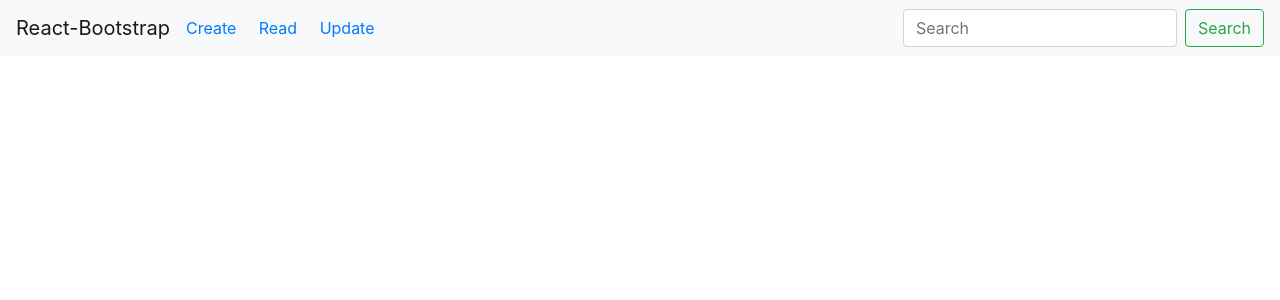
Repository: lalji-yadav/Register-Login-and-CRUD-using-token-and-Without-token-based
Page: /navbar
An editor plug-in stored every save of this project. The page is shown before and after the next save, followed by the edit.
The browser window is 1280 px wide. The pictures show the whole page.
The project was rebuilt for these pictures with package versions that can differ from the ones it lists, and the page was loaded fresh each time. Also part of the build but not shown: src/App.css, src/auth/login.js, src/auth/register.js, src/components/reg.js, src/components/table.js, src/components/update.js, src/crud/read.js, src/crud/create.js and 1 more.

Above is the page before, as saved 2021-02-03 18:03:10.

### src/App.js
import './App.css';
import Login from "./auth/login";
import Register from "./auth/register";
import Reg from "./components/reg";
import Table from "./components/table";
import Update from "./components/update";

import Read from "./crud/read";
import Create from "./crud/create";
import Uptoken from "./crud/update";
import Navb from "./crud/navbar";

import {
  BrowserRouter as Router,
  Switch,
  Route
} from "react-router-dom";

function App() {
  return (
    <div>
      <Router>
        <Switch>
           <Route exact path="/" component={Register} />
           <Route exact path="/login" component={Login} />
           <Route exact path="/reg" component={Reg} />
           <Route exact path="/table" component={Table} />

           {/* <Route exact path="/crud" component={Read} />
           <Route exact path="/create" component={Create} />
           <Route exact path="/uptoken" component={Uptoken} /> */}
           <Route exact path="/navbar" component={Navb} />


           <Route exact path="/user/:id" render={(props)=>(<Update {...props} />)} >



            </Route>
        </Switch>
      </Router>

    </div>
  );
}

export default App;

### src/crud/navbar.js
import React from 'react';
import {Nav,Form,FormControl,Button,Navbar} from "react-bootstrap";
import Read from "../crud/read";
import Create from "../crud/create";
import Uptoken from "../crud/update";

import {
    BrowserRouter as Router,
    Switch,
    Route,
    Link
  } from "react-router-dom";

const Navb = () => {
    return (
        <div>
         <Router>
            <Navbar bg="light" expand="lg">
            <Navbar.Brand href="#home">React-Bootstrap</Navbar.Brand>
            <Navbar.Toggle aria-controls="basic-navbar-nav" />
            <Navbar.Collapse id="basic-navbar-nav">

                <Nav className="mr-auto">
                <Link exact to="/navbar/create">Create</Link> &nbsp; &nbsp; &nbsp;
                <Link exact to="/navbar/read">Read</Link>&nbsp; &nbsp; &nbsp;
                 <Link to="/uptoken">Update</Link>&nbsp; &nbsp; &nbsp;
                </Nav>

                <Form inline>
                <FormControl type="text" placeholder="Search" className="mr-sm-2" />
                <Button variant="outline-success">Search</Button>
                </Form>
            </Navbar.Collapse>
            </Navbar>


                <Switch>
                <Route exact path="/navbar/create" component={Create} />
                <Route exact path="/navbar/read" component={Read} />
                <Route exact path="/uptoken" component={Uptoken} />



                {/* <Route exact path="/user/:id" render={(props)=>(<Update {...props} />)} > */}

                </Switch>
            </Router>

        </div>
    );
};

export default Navb;

Loaded but not shown: public/index.html (common file); src/index.js (common file); src/index.css (common file); src/reportWebVitals.js (common file)

After the next save:
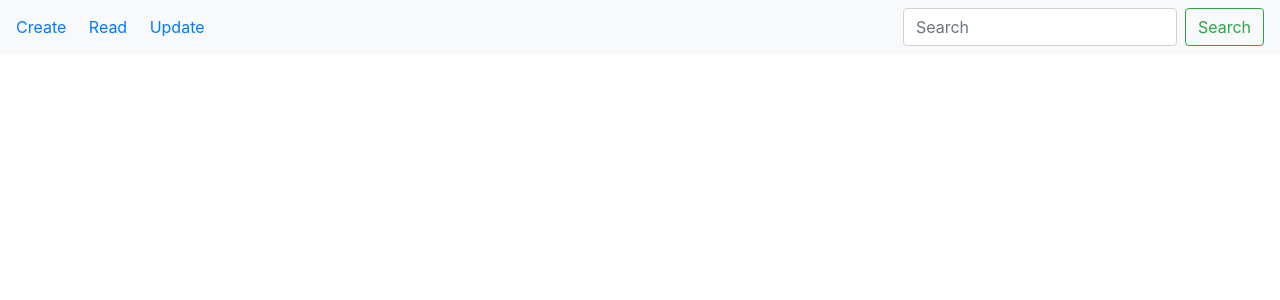
Saved 9 s later.
--- a/src/crud/navbar.js
+++ b/src/crud/navbar.js
@@ -16,7 +16,7 @@ const Navb = () => {
         <div>
          <Router>
             <Navbar bg="light" expand="lg">
-            <Navbar.Brand href="#home">React-Bootstrap</Navbar.Brand>
+
             <Navbar.Toggle aria-controls="basic-navbar-nav" />
             <Navbar.Collapse id="basic-navbar-nav">
 
